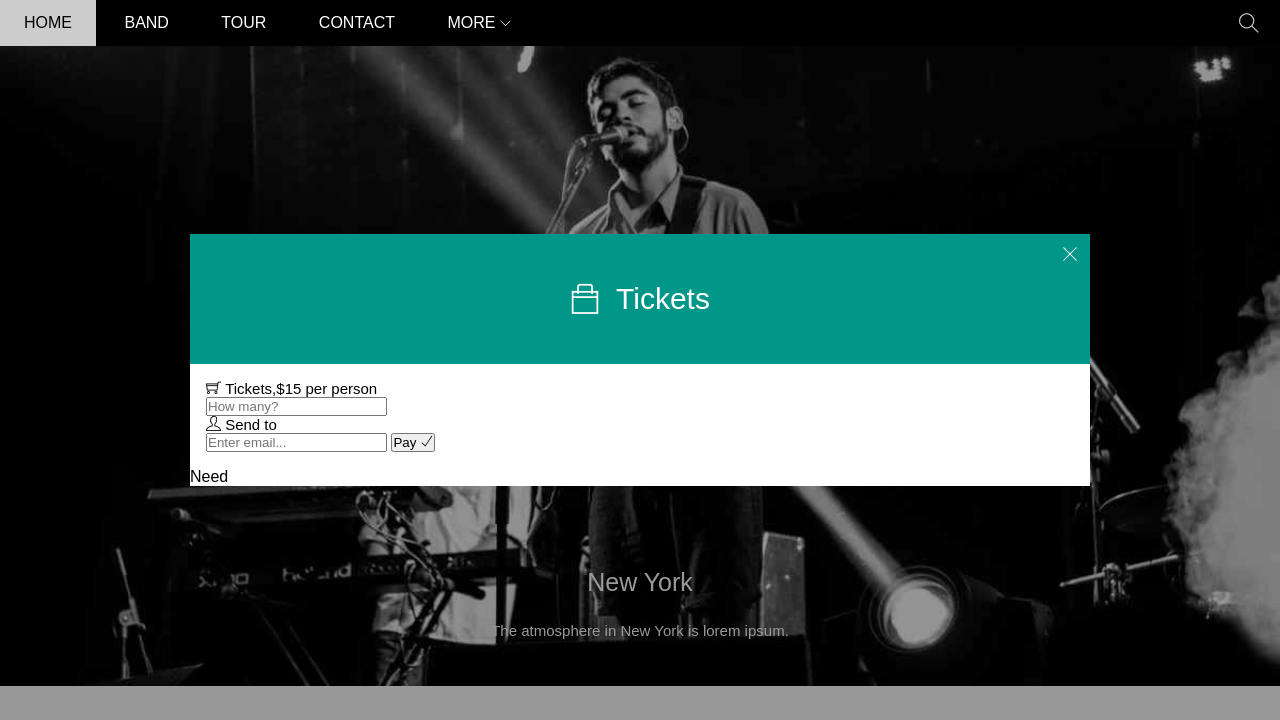
Repository: BrandonTuan777/The_Band
Page: index.html
These files come from the project's save history. The page is drawn as it stood at one moment and after the next save; the edit follows.
The browser window is 1280 px wide. The pictures show the window.
A layer covers the whole window, so only the first screen is drawn.

Above is the page before, as saved 2022-04-17 21:31:26.

### index.html
<!DOCTYPE html>
<html lang="en">
  <head>
    <meta charset="UTF-8" />
    <meta http-equiv="X-UA-Compatible" content="IE=edge" />
    <meta name="viewport" content="width=device-width, initial-scale=1.0" />
    <title>The Band</title>
    <link
      rel="shortcut icon"
      type="image/jpg"
      href="./assets/img/favicon/01d1b4547ce03c3ec499c827caac4a72.jpg"
    />
    <link rel="stylesheet" href="./assets/css/styles.css" />
    <link rel="stylesheet" href="./assets/css/responsive.css" />

    <link
      rel="stylesheet"
      href="./assets//fonts/themify-icons/themify-icons.css"
    />
  </head>
  <body>
    <div id="main">
      <div id="header">
        <!-- Begin:Nav -->
        <ul id="nav">
          <li><a href="#">Home</a></li>
          <li><a href="#band">Band</a></li>
          <li><a href="#tour">Tour</a></li>
          <li><a href="#contact">Contact</a></li>
          <li>
            <a href="#">
              More
              <i class="nav-arrow-down ti-angle-down"></i>
            </a>
            <ul class="subnav">
              <li><a href="#">Merchandise</a></li>
              <li><a href="#">Extras</a></li>
              <li><a href="#">Media</a></li>
            </ul>
          </li>
        </ul>
        <!-- End:Nav -->

        <!-- Begin:Search button -->
        <div class="search-btn">
          <i class="search-icon ti-search"></i>
        </div>

        <div id="mobile-menu" class="mobile-menu-btn">
          <i class="menu-icon ti-menu"></i>
        </div>
        <!-- End:Search button -->
      </div>

      <div id="slider">
        <div class="text-content">
          <h2 class="text-heading">New York</h2>
          <div class="text-description">
            The atmosphere in New York is lorem ipsum.
          </div>
        </div>
      </div>

      <div id="content">
        <!--About section  -->
        <div id="band" class="content-section">
          <h2 class="section-heading">THE BAND</h2>
          <p class="section-sub-heading">We love music</p>
          <p class="about-text">
            We have created a fictional band website. Lorem ipsum dolor sit
            amet, consectetur adipiscing elit, sed do eiusmod tempor incididunt
            ut labore et dolore magna aliqua. Ut enim ad minim veniam, quis
            nostrud exercitation ullamco laboris nisi ut aliquip ex ea commodo
            consequat. Duis aute irure dolor in reprehenderit in voluptate velit
            esse cillum dolore eu fugiat nulla pariatur. Excepteur sint occaecat
            cupidatat non proident, sunt in culpa qui officia deserunt mollit
            anim id est laborum consectetur adipiscing elit, sed do eiusmod
            tempor incididunt ut labore et dolore magna aliqua. Ut enim ad minim
            veniam, quis nostrud exercitation ullamco laboris nisi ut aliquip ex
            ea commodo consequat.
          </p>
          <div class="row member-list">
            <div class="member-item text-center s-col-full mt-32 col col-third">
              <p class="member-name">Name</p>
              <img
                class="member-img"
                src="./assets/img/team/member1.jpg"
                alt=""
              />
            </div>
            <div class="member-item text-center s-col-full mt-32 col col-third">
              <p class="member-name">Name</p>
              <img
                class="member-img"
                src="./assets/img/team/member1.jpg"
                alt=""
              />
            </div>
            <div class="member-item text-center s-col-full mt-32 col col-third">
              <p class="member-name">Name</p>
              <img
                class="member-img"
                src="./assets/img/team/member1.jpg"
                alt=""
              />
            </div>
          </div>
        </div>
        <!-- Tour section -->
        <div id="tour" class="tour-section">
          <div class="content-section">
            <h2 class="section-heading text-white">TOUR DATES</h2>
            <p class="section-sub-heading text-white">
              Remember to book your tickets!
            </p>
            <!-- Tickets -->
            <ul class="ticket-list">
              <li>September <span class="sold-out">Sold out</span></li>
              <li>October <span class="sold-out">Sold out</span></li>
              <li>November <span class="quantity">3</span></li>
            </ul>

            <!-- Places -->
            <div class="row places-list">
              <div class="col s-col-full col-third mt-16">
                <img
                  src="./assets/img/places/places1.jpg"
                  alt=""
                  class="place-img"
                />
                <div class="place-body">
                  <h3 class="place-heading">New York</h3>
                  <p class="place-time">Fri 27 Nov 2016</p>
                  <p class="place-description">
                    Praesent tincidunt sed tellus ut rutrum sed vitae justo.
                  </p>
                  <a href="#" class="btn s-full-width">Buy Tickets</a>
                </div>
              </div>
              <div class="col s-col-full col-third mt-16">
                <img
                  src="./assets/img/places/places2.jpg"
                  alt=""
                  class="place-img"
                />
                <div class="place-body">
                  <h3 class="place-heading">Paris</h3>
                  <p class="place-time">Sat 28 Nov 20166</p>
                  <p class="place-description">
                    Praesent tincidunt sed tellus ut rutrum sed vitae justo.
                  </p>
                  <a href="#" class="btn s-full-width">Buy Tickets</a>
                </div>
              </div>
              <div class="col s-col-full col-third mt-16">
                <img
                  src="./assets/img/places/places3.jpg"
                  alt=""
                  class="place-img"
                />
                <div class="place-body">
                  <h3 class="place-heading">San Francisco</h3>
                  <p class="place-time">Sun 29 Nov 2016</p>
                  <p class="place-description">
                    Praesent tincidunt sed tellus ut rutrum sed vitae justo.
                  </p>
                  <a href="#" class="btn s-full-width">Buy Tickets</a>
                </div>
              </div>
            </div>
          </div>
        </div>
        <!--Begin: Contact section -->
        <div id="contact" class="content-section">
          <h2 class="section-heading">CONTACT</h2>
          <p class="section-sub-heading">Fan? Drop a note!</p>
          <div class="row contact-content">
            <div class="col col-half s-col-full contact-info">
              <p><i class="ti-location-pin"></i>Chicago, US</p>
              <p><i class="ti-mobile"></i>Phone: +00 151515</p>
              <p><i class="ti-email"></i>Email: mail@mail.com</p>
            </div>
            <div class="col col-half s-col-full contact-form">
              <form action="">
                <div class="row">
                  <div class="col col-half s-col-full">
                    <input
                      type="text"
                      name=""
                      id=""
                      required
                      placeholder="Name"
                      class="form-control"
                    />
                  </div>
                  <div class="col col-half s-col-full s-mt-8">
                    <input
                      type="email"
                      name=""
                      id=""
                      required
                      placeholder="Email"
                      class="form-control"
                    />
                  </div>
                </div>
                <div class="row mt-8">
                  <div class="col col-full">
                    <input
                      type="text"
                      name=""
                      id=""
                      required
                      placeholder="Message"
                      class="form-control"
                    />
                  </div>
                </div>
                <input
                  class="pull-rigth btn mt-16 s-full-width"
                  type="submit"
                  value="SEND"
                />
              </form>
            </div>
          </div>
        </div>
        <!--End: Contact section -->
        <div class="map-section">
          <img src="./assets/img/map/map.jpg" alt="" />
        </div>
      </div>
      <!-- Footer -->
      <div id="footer">
        <div class="social">
          <a href=""><i class="ti-facebook"></i></a>
          <a href=""><i class="ti-instagram"></i></a>
          <a href=""><i class="ti-youtube"></i></a>
          <a href=""><i class="ti-pinterest"></i></a>
          <a href=""><i class="ti-twitter-alt"></i></a>
          <a href=""><i class="ti-linkedin"></i></a>
        </div>
        <p class="copy-right">
          Powered by
          <a href="https://www.w3schools.com/w3css/default.asp" target="_blank"
            >w3.css</a
          >
        </p>
      </div>
    </div>
    <div class="modal">
      <div class="modal-container">
        <div class="modal-close">
          <i class="ti-close"></i>
        </div>

        <header class="modal-header">
          <i class="ti-bag" style="margin-right:16px"></i>
          Tickets
        </header>

        <div class="modal-body">
          <label for="" class="modal-label"">
            <i class="ti-shopping-cart" "></i>
            Tickets,$15 per person
          </label>
          <input type="text" class="modal-input" placeholder="How many?">

          <label for="" class="modal-label"">
            <i class="ti-user"></i>
            Send to
          </label>
          <input type="email" class="modal-input" placeholder="Enter email...">

          <button id="buy-tickets">
            Pay <i class="ti-check"></i>
          </button>

        </div>

        <div class="footer modal-footer">
          <p class="modal-healp">Need <a href="help?"></a></p>
        </div>

      </div>
    </div>
    <script>
      var header = document.getElementById("header");
      var mobileMenu = document.getElementById("mobile-menu");
      var headerHeight = header.clientHeight;

      // Đóng mở mobile menu
      mobileMenu.onclick = () => {
        var isClosed = header.clientHeight === headerHeight;
        if (isClosed) {
          header.style.height = "auto";
        } else {
          header.style.height = null;
        }
      };
      //Tự động đóng
      var menuItems = document.querySelectorAll('#nav li a[href*="#"]');
      console.log(menuItems);

      for (var i = 0; i < menuItems.length; i++) {
        var menuItem = menuItems[i];

        console.log(menuItem);
        menuItem.onclick = function () {
          var isParentMenu =
            this.nextElementSibling &&
            this.nextElementSibling.classList.contains("subnav");
          if (isParentMenu) {
            event.preventDefault();
          } else {
            header.style.height = null;
          }
        };
      }
    </script>
  </body>
</html>

### assets/css/styles.css
/* Reset CSS */
* {
  padding: 0;
  margin: 0;
  box-sizing: border-box;
}

html {
  font-family: Arial, Helvetica, sans-serif;
  scroll-behavior: smooth;
}

/* Common */
.clear {
  clear: both;
}

.text-white {
  color: #fff !important;
}

.row {
  margin-left: -8px;
  margin-right: -8px;
}

.row::after {
  content: "";
  display: block;
  clear: both;
}

.col-half {
  width: 50%;
}

.col-full {
  width: 100%;
}

.col {
  float: left;
  padding-left: 8px;
  padding-right: 8px;
}

.col-third {
  width: 33.333%;
}

.text-center {
  text-align: center !important;
}

.mt-8 {
  margin-top: 8px !important;
}

.mt-16 {
  margin-top: 16px !important;
}
.mt-32 {
  margin-top: 32px !important;
}

.btn {
  color: #fff;
  background-color: #000;
  text-decoration: none;
  padding: 11px 16px;
  display: inline-block;
  margin-top: 15px;
  text-align: center;
}

.btn:hover {
  color: #000;
  background-color: #757575;
  border: none;
}

.pull-rigth {
  float: right !important;
}

/* Main */
#main {
}

#header {
  position: fixed;
  top: 0;
  left: 0;
  right: 0;
  height: 46px;
  background-color: #000;
  z-index: 1;

}

#nav {
  display: inline-block;
}

#nav,
.subnav {
  list-style: none;
}

#nav > li {
  display: inline-block;
}

#nav li {
  position: relative;
}

#nav > li > a {
  color: white;
  text-transform: uppercase;
}

#nav li a {
  text-decoration: none;
  line-height: 46px;
  padding: 0 24px;
  display: block;
}

#nav li:hover .subnav {
  display: block;
}

#nav .subnav li:hover a,
#nav > li:hover > a {
  color: #000;
  background-color: #ccc;
}

#nav .subnav {
  display: none;
  min-width: 160px;
  top: 100%;
  left: 0;
  position: absolute;
  background-color: #fff;
  box-shadow: 0 0 10px rgba(0, 0, 0, 0.3);
}

#nav .subnav a {
  color: #000;
  padding: 0 12px;
  line-height: 38px;
}

#nav .nav-arrow-down {
  font-size: 11px;
}

#header .mobile-menu-btn {
  position: absolute;
  top: 0;
  right: 0;
  display: none;
}

#header .mobile-menu-btn,
#header .search-btn {
  float: right;
  padding: 0 21px;
}

#header .search-btn:hover {
  background-color: red;
  cursor: pointer;
}

#header .mobile-menu-btn:hover {
  background-color: #ccc;
}

#header .mobile-menu-btn:hover .menu-icon {
  color: #000;
}

#header .menu-icon,
#header .search-icon {
  color: #ccc;
  font-size: 20px;
  line-height: 46px;
}

#slider {
  position: relative;
  margin-top: 46px;
  padding-top: 50%;
  background: url('../img/slider/slider1.jpg') top center / cover no-repeat;
}

#slider .text-content {
  position: absolute;
  bottom: 47px;
  color: #fff;
  text-align: center;
  /* transform: translateX(-50%);
  left: 50%; */
  width: 100%;
}

#slider .text-heading {
  font-weight: 500;
  font-size: 25px;
}

#slider .text-description {
  font-size: 15px;
  margin-top: 25px;
}

#content {
}

#content .content-section {
  width: 800px;
  max-width: 100%;
  padding: 64px 0 112px;
  margin-left: auto;
  margin-right: auto;
  padding-left: 16px;
  padding-right: 16px;
}

#content .section-heading {
  font-size: 30px;
  text-align: center;
  font-weight: 500;
  letter-spacing: 4px;
}
#content .section-sub-heading {
  font-size: 15px;
  text-align: center;
  margin-top: 25px;
  font-style: italic;
  opacity: 0.6;
}

#content .about-text {
  margin-top: 25px;
  font-size: 15px;
  text-align: justify;
  line-height: 1.4;
}

#content .member-list {
  margin-top: 32px;
}

#content .member-item {
  text-align: center;
}

#content .member-name {
  font-size: 15px;
}

#content .member-img {
  width: 154px;
  margin-top: 15px;
  border-radius: 4px;
}

/* Tour section */
.tour-section {
  background-color: #000;
}

.ticket-list {
  margin-top: 40px;
  background-color: #fff;
}

.ticket-list li {
  font-size: 15px;
  padding: 11px 16px;
  border: 1px solid #ddd;
  color: #757575;
  list-style: none;
}

.ticket-list .sold-out {
  background-color: #f44336 !important;
  color: #fff;
  padding: 3px 4px;
  margin-left: 16px;
}

.ticket-list .quantity {
  float: right;
  width: 24px;
  height: 24px;
  background-color: #000;
  border-radius: 50%;
  text-align: center;
  line-height: 24px;
  margin-top: -3px;
}

/* Places */

.places-list {
  margin-top: 16px;
}
.place-img {
  width: 100%;
  display: block;
}
.place-img:hover {
  opacity: 0.6;
}
.place-body {
  padding: 16px;
  font-size: 15px;
  background-color: #fff;
}
.place-heading {
  font-size: 15px;
  font-weight: 600;
}
.place-time {
  margin-top: 15px;
  color: #757575;
}
.place-description {
  margin-top: 15px;
  line-height: 1.4;
}

/* Contact form */

.contact-content {
  margin-top: 48px;
}

.contact-info {
  font-size: 18px;
  line-height: 1.4;
}
.contact-info i[class*="ti-"] {
  width: 30px;
  display: inline-block;
}

.contact-form {
  font-size: 15px;
}

.contact-form .form-control {
  border: 1px solid #ccc;
  width: 100%;
  padding: 10px;
}

/* Map section */

.map-section img {
  width: 100%;
}

#footer {
  padding: 64px 16px;
  text-align: center;
}

#footer .social {
  font-size: 20px;
  margin-bottom: 20px;
}

#footer .social a {
  color: rgba(0, 0, 0, 0.6);
  text-decoration: none;
}

#footer .copy-right:hover,
#footer .social a:hover {
  color: rgba(0, 0, 0, 0.4);
}

#footer .copy-right {
  color: rgba(0, 0, 0, 0.6);
}

#footer .copy-right a {
  color: rgba(0, 0, 0, 0.6);
}

.modal{
  position: fixed;
  top: 0;
  bottom: 0;
  left: 0;
  right: 0;
  background-color: rgba(0, 0, 0, 0.4);
  display: flex;
  align-items: center;
  justify-content: center;
}

.modal-container{
  background-color: #fff;
  width: 900px;
  min-height: 200px;
  position: relative;
}

header.modal-header {
  background-color: #009688;
  height: 130px;
  display: flex;
  justify-content: center;
  align-items: center;
  font-size: 30px;
  color: #fff;
}

.modal-close {
  position: absolute;
  right: 0;
  top: 0;
  color: #fff;
  padding: 12px;
  cursor: pointer;
  opacity: 1;
}

.modal-close:hover{
  opacity: 0.9;
}

.modal-body {
  padding: 16px;
}

.modal-label {
  display: block;
  font-size: 15px;
}

### assets/css/responsive.css
/* PC */
@media (min-width: 1024px) {
}
/* Tablet */
@media (min-width: 740px) and (max-width: 1023px) {
}
/* Mobile */

@media (max-width: 739px) {

  .s-full-width,.s-col-full{
      width: 100% !important;
  }

  #header {
    overflow: hidden;
  }
  #header .mobile-menu-btn {
    display: block;
  }
  #nav li a {
    padding: 1px 24px;
  }

  #header .search-btn {
    display: none;
  }

  #nav {
    display: block;
  }

  #nav > li {
    display: block;
  }
  #nav > li:first-child {
    display: inline-block;
  }
  #nav .subnav {
    position: initial;
    background-color: #333;
  }
  #nav .subnav a {
    color: #fff;
    padding: 5px 41px;
  }


  #content .member-img{
      width: 60%;
  }
  .s-col-full{
      width: 100%;
  }
  .contact-form{
    margin-top: 16px;
  }
  .s-mt-8{
      margin-top: 8px !important;
  }

}

Loaded but not shown: assets/fonts/themify-icons/themify-icons.css (common file)

After the next save:
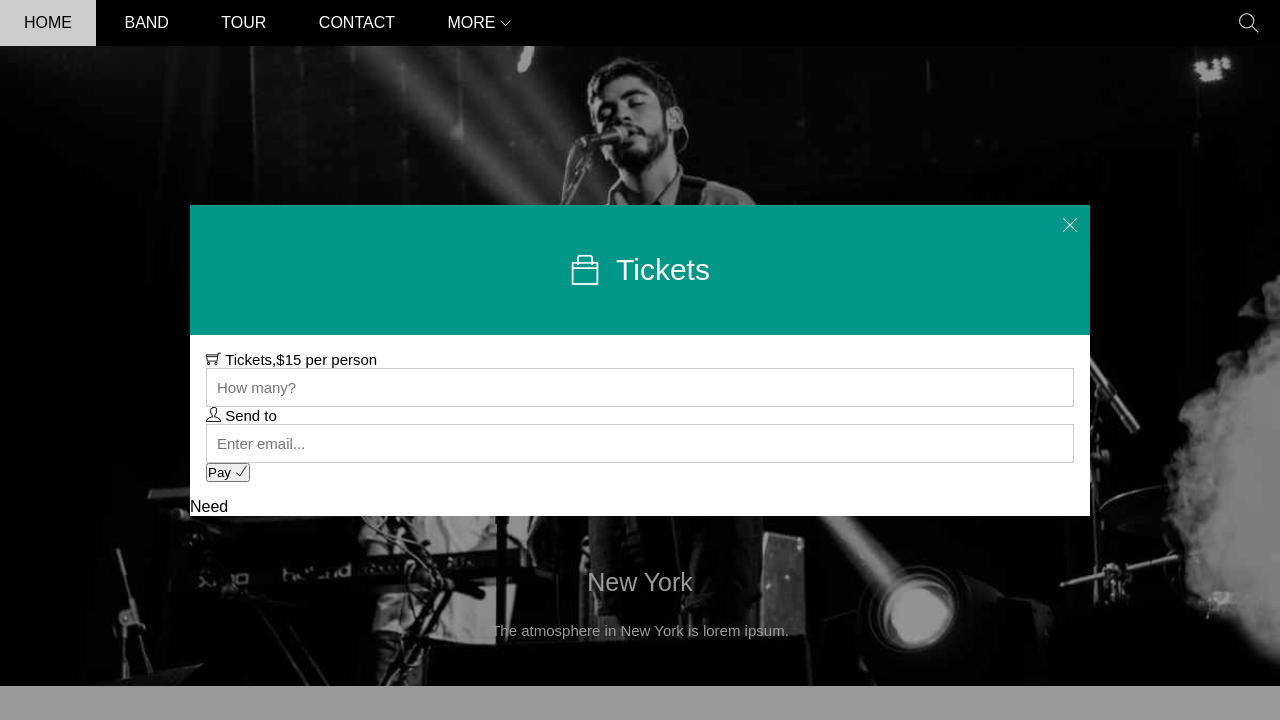
Saved 2 min 40 s later.
--- a/assets/css/styles.css
+++ b/assets/css/styles.css
@@ -445,3 +445,10 @@ header.modal-header {
   display: block;
   font-size: 15px;
 }
+
+.modal-input {
+  padding: 10px;
+  border: 1px solid #ccc;
+  width: 100%;
+  font-size: 15px;
+}
